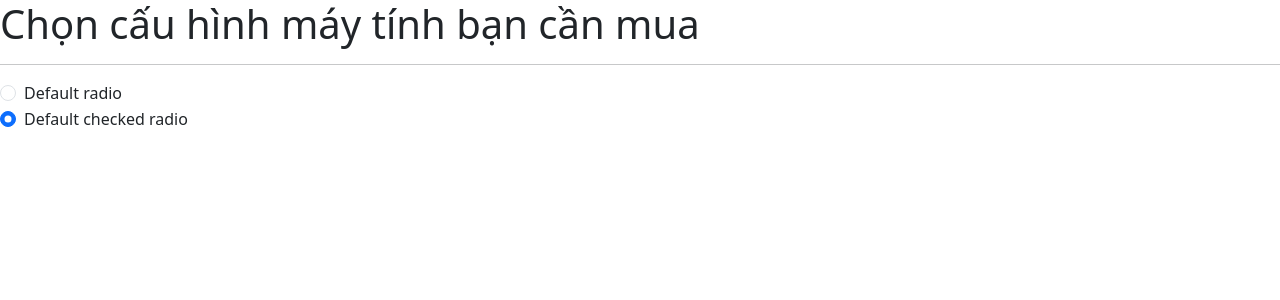
Repository: Vanh260703/Java-Servlet
Page: http://localhost/Bai7/muaMayTinh.jsp
An editor plug-in stored every save of this project. The page is shown before and after the next save, followed by the edit.
The browser window is 1280 px wide. The pictures show the whole page.
The page is served by Tomcat 9.

Above is the page before, as saved 2025-03-04 18:45:56.

After the next save:
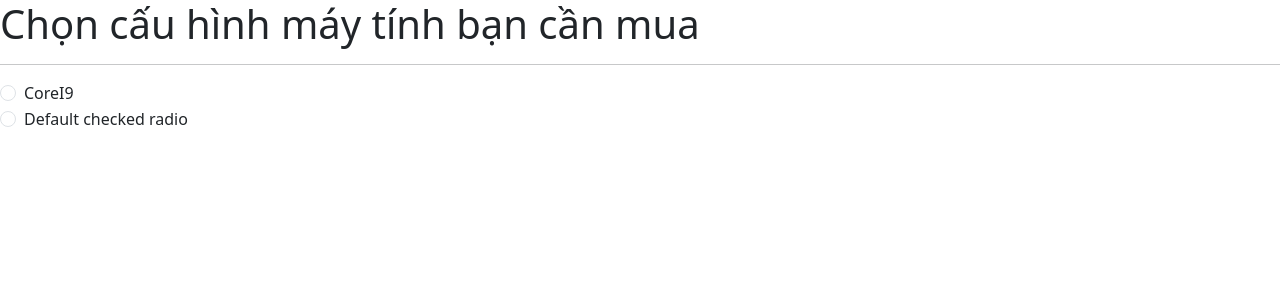
Saved 2 min 28 s later.
--- a/Bai7/src/main/webapp/muaMayTinh.jsp
+++ b/Bai7/src/main/webapp/muaMayTinh.jsp
@@ -14,14 +14,14 @@
 	<hr/>
 	<form action="">
 		<div class="form-check">
-  <input class="form-check-input" type="radio" name="flexRadioDefault" id="flexRadioDefault1">
-  <label class="form-check-label" for="flexRadioDefault1">
-    Default radio
+  <input class="form-check-input" type="radio" name="processor" id = "coreI9" value = "coreI9">
+  <label class="" for="coreI9">
+    CoreI9
   </label>
 </div>
 <div class="form-check">
-  <input class="form-check-input" type="radio" name="flexRadioDefault" id="flexRadioDefault2" checked>
-  <label class="form-check-label" for="flexRadioDefault2">
+  <input class="form-check-input" type="radio" name="processor" id="coreI7" value = "coreI7" >
+  <label class="form-check-label" for="coreI7">
     Default checked radio
   </label>
 </div>
